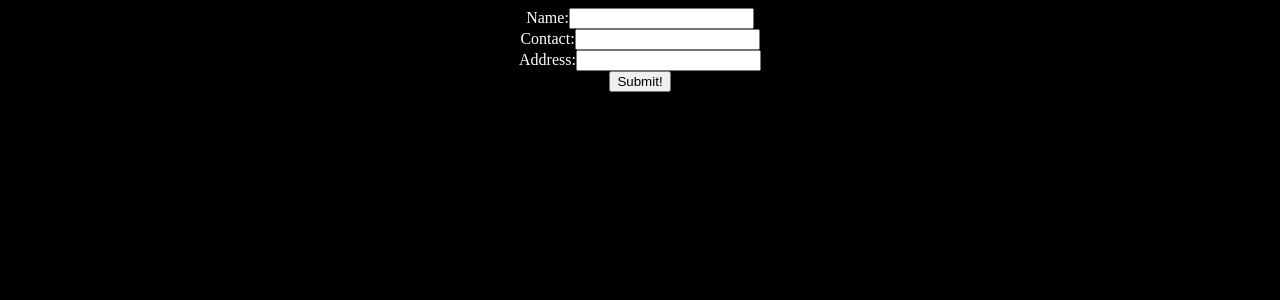
Repository: kushagraBhargava16/AllProjects
Page: http://localhost/CRUDByJSP/
The author's editor kept a copy of each file at every save. The page is drawn from the files as they stood at one save, then again after the next save.
The browser window is 1280 px wide. The pictures show the whole page.
The page is served by Tomcat 9. Other server files are loaded and not shown.

Above is the page before, as saved 2015-11-30 10:43:39.

### CURDWORKSPACE/CRUDByJSP/WebContent/index.jsp
<%@ page language="java" contentType="text/html; charset=ISO-8859-1"
	pageEncoding="ISO-8859-1"%>
<!DOCTYPE html PUBLIC "-//W3C//DTD HTML 4.01 Transitional//EN" "http://www.w3.org/TR/html4/loose.dtd">
<html>
<head>
<meta http-equiv="Content-Type" content="text/html; charset=ISO-8859-1">
<title>Insert title here</title>
</head>
<body style="background-color: black; color: white;">
	<center>
		<form method="post" action="EmployeeServlet">
			Name:<input type="text" name="name"><br /> Contact:<input
				type="text" name="contact"><br /> Address:<input type="text"
				name="address"><br /> <input type="submit" value="Submit!">
		</form>
	</center>
</body>
</html>

After the next save:
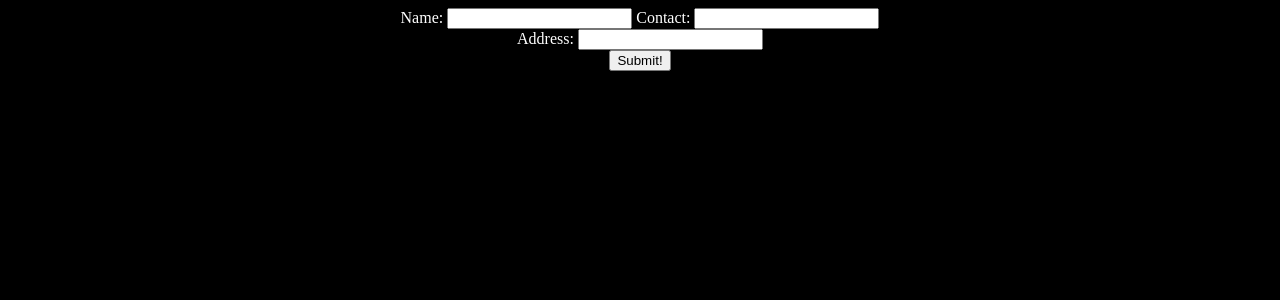
Saved 5 min 0 s later.
--- a/CURDWORKSPACE/CRUDByJSP/WebContent/index.jsp
+++ b/CURDWORKSPACE/CRUDByJSP/WebContent/index.jsp
@@ -9,9 +9,20 @@
 <body style="background-color: black; color: white;">
 	<center>
 		<form method="post" action="EmployeeServlet">
-			Name:<input type="text" name="name"><br /> Contact:<input
-				type="text" name="contact"><br /> Address:<input type="text"
-				name="address"><br /> <input type="submit" value="Submit!">
+			<table>
+				<tr>
+
+					Name:
+					<input type="text" name="name">
+				</tr>
+				<tr></tr>
+				Contact:
+				<input type="text" name="contact">
+				<br /> Address:
+				<input type="text" name="address">
+				<br />
+				<input type="submit" value="Submit!">
+			</table>
 		</form>
 	</center>
 </body>
